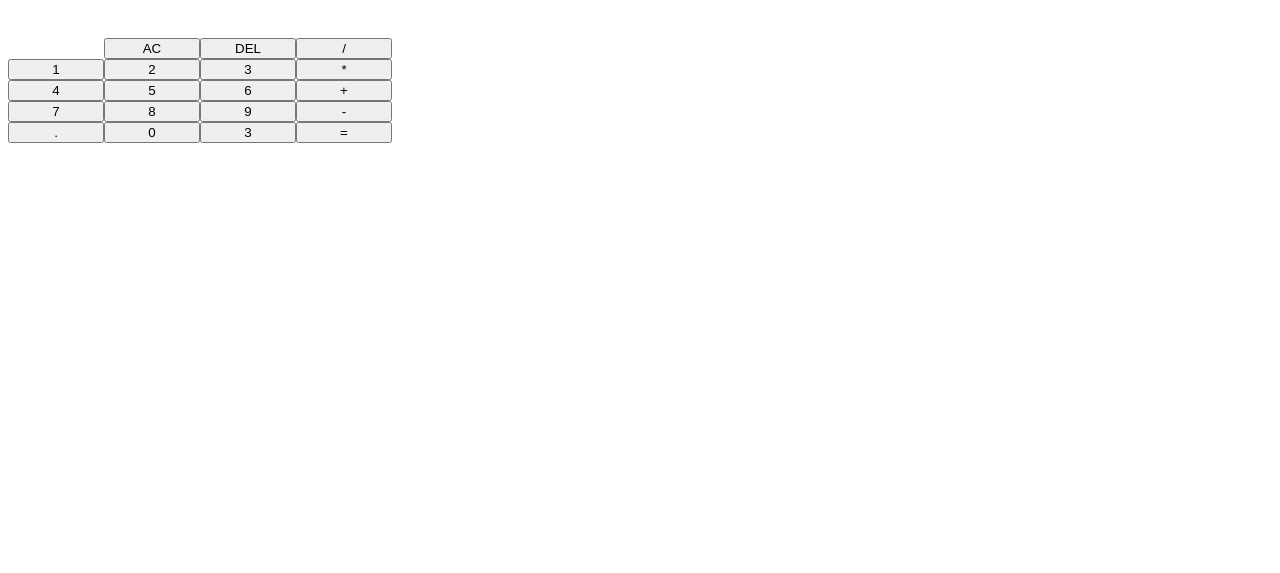
Repository: khadergw/calculator
Page: / (app in calculator/)
These files come from the project's save history. The page is drawn as it stood at one moment and after the next save; the edit follows.
The browser window is 1280 px wide. The pictures show the whole page.
The project was rebuilt for these pictures with package versions that can differ from the ones it lists, and the page was loaded fresh each time. Also part of the build but not shown: calculator/src/App.css.

Above is the page before, as saved 2022-09-10 23:17:31.

### calculator/src/App.js
import './App.css';
import './styles.css';

function App() {
  return (
    <div className="CalGrid">
      <div className='output'>
        <div className='prevOper'></div>
        <div className='currOper'></div>
      </div>
      <button className='wider'>AC</button>
      <button>DEL</button>
      <button>/</button>
      <button>1</button>
      <button>2</button>
      <button>3</button>
      <button>*</button>
      <button>4</button>
      <button>5</button>
      <button>6</button>
      <button>+</button>
      <button>7</button>
      <button>8</button>
      <button>9</button>
      <button>-</button>
      <button>.</button>
      <button>0</button>
      <button>3</button>
      <button className='wider'>=</button>


    </div>
  );
}

export default App;

### calculator/src/styles.css
.CalGrid {
  display: grid;
  margin-top: 3%;
  grid-template-columns: repeat(4, 6rem);
}

Loaded but not shown: calculator/public/index.html (common file); calculator/src/index.js (common file)

After the next save:
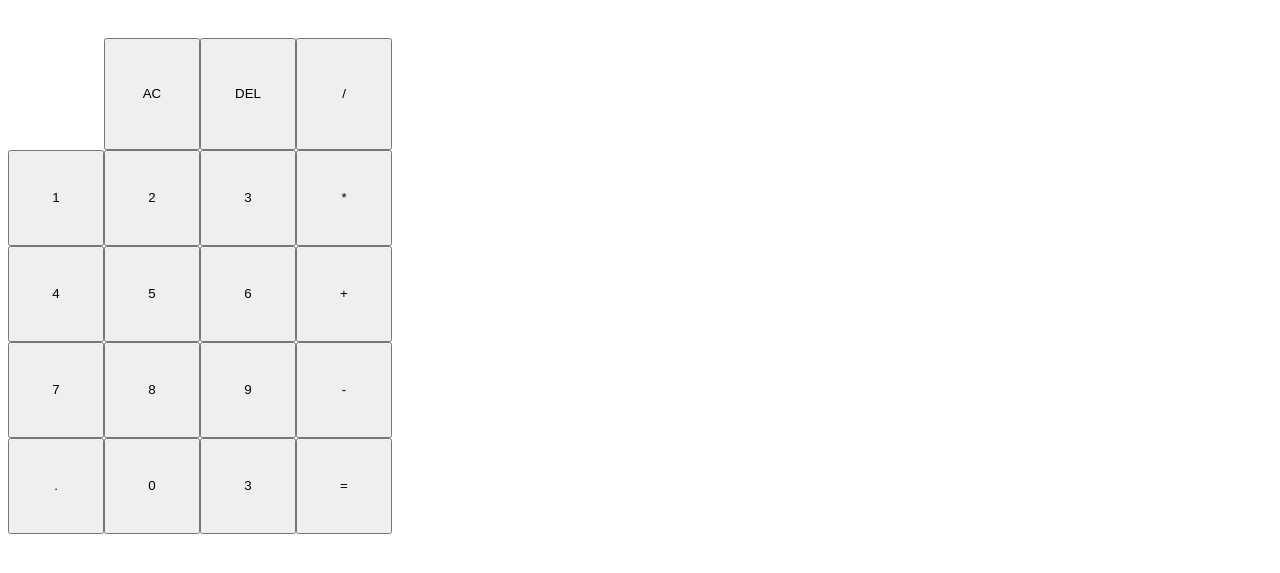
Saved 57 s later.
--- a/calculator/src/styles.css
+++ b/calculator/src/styles.css
@@ -2,4 +2,6 @@
   display: grid;
   margin-top: 3%;
   grid-template-columns: repeat(4, 6rem);
+  grid-template-rows: minmax(7rem, auto) repeat(5, 6rem);
+
 }
